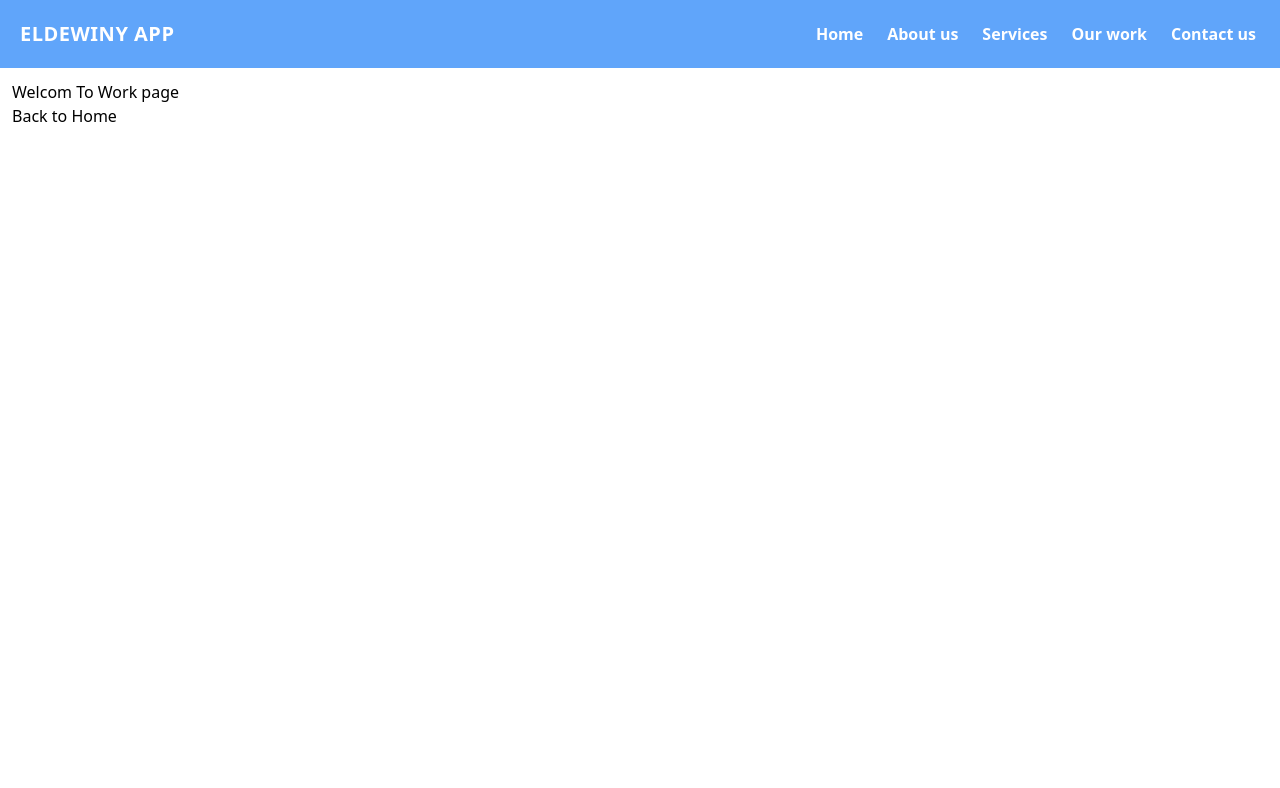
Repository: amroeldewiny/nextjs-layout
Page: /work
An editor plug-in stored every save of this project. The page is shown before and after the next save, followed by the edit.
The browser window is 1280 px wide. The pictures show the whole page.
The project was rebuilt for these pictures with package versions that can differ from the ones it lists, and the page was loaded fresh each time. The framework's server and built-in components were replaced by stand-ins that run in the browser. Also part of the build but not shown: next.config.js.

Above is the page before, as saved 2021-01-22 14:07:02.

### pages/work.js
import Link from 'next/link'
import Layout from '../components/Layout'

function Work() {
    return (
        <Layout>
            <h1>Welcom To Work page</h1>
            <Link href="/"><a>Back to Home</a></Link>

        </Layout>
    )

}

export default Work

### components/Layout.js
import Navbar from './Navbar';
import "../styles/sass/style.scss";

const Layout = props => (
    <>
        <Navbar />
        <main className='bg-white h-screen p-3'>
            {props.children}
        </main>
    </>
);

export default Layout;

### components/Navbar.js
/*  ./components/Navbar.jsx     */
import Link from 'next/link';
import { useState } from 'react';
import "../styles/sass/style.scss";

const Navbar = () => {
    const [active, setActive] = useState(false);

    const handleClick = () => {
        setActive(!active);
    };

    return (
        <>
            <nav className='flex items-center flex-wrap bg-blue-400 p-3 '>
                <Link href='/'>
                    <a className='inline-flex items-center p-2 mr-4 '>
                        <span className='text-xl text-white font-bold uppercase tracking-wide'>
                            Eldewiny App
                        </span>
                    </a>
                </Link>
                <button
                    className=' inline-flex p-3 hover:bg-blue-500 rounded lg:hidden text-white ml-auto hover:text-white outline-none'
                    onClick={handleClick}>
                    <svg
                        className='w-6 h-6'
                        fill='none'
                        stroke='currentColor'
                        viewBox='0 0 24 24'
                        xmlns='http://www.w3.org/2000/svg'
                    >
                        <path
                            strokeLinecap='round'
                            strokeLinejoin='round'
                            strokeWidth={2}
                            d='M4 6h16M4 12h16M4 18h16'
                        />
                    </svg>
                </button>
                {/*Note that in this div we will use a ternary operator to decide whether or not to display the content of the div  */}
                <div
                    className={`${active ? '' : 'hidden'
                        }   w-full lg:inline-flex lg:flex-grow lg:w-auto`}>
                    <div className='lg:inline-flex lg:flex-row lg:ml-auto lg:w-auto w-full lg:items-center items-start  flex flex-col lg:h-auto'>
                        <Link href='/'>
                            <a className='lg:inline-flex lg:w-auto w-full px-3 py-2 rounded text-white font-bold items-center justify-center hover:bg-blue-500 hover:text-white '>
                                Home
                            </a>
                        </Link>
                        <Link href='/about'>
                            <a className='lg:inline-flex lg:w-auto w-full px-3 py-2 rounded text-white font-bold items-center justify-center hover:bg-blue-500 hover:text-white'>
                                About us
                            </a>
                        </Link>
                        <Link href='/services'>
                            <a className='lg:inline-flex lg:w-auto w-full px-3 py-2 rounded text-white font-bold items-center justify-center hover:bg-blue-500 hover:text-white'>
                                Services
                            </a>
                        </Link>
                        <Link href='/work'>
                            <a className='lg:inline-flex lg:w-auto w-full px-3 py-2 rounded text-white font-bold items-center justify-center hover:bg-blue-500 hover:text-white'>
                                Our work
                            </a>
                        </Link>
                        <Link href='/contact'>
                            <a className='lg:inline-flex lg:w-auto w-full px-3 py-2 rounded text-white font-bold items-center justify-center hover:bg-blue-500 hover:text-white'>
                                Contact us
                            </a>
                        </Link>
                    </div>
                </div>
            </nav>
        </>
    );
};

export default Navbar;

### styles/sass/style.scss
@import "tailwindcss/base";
@import "tailwindcss/components";
@import "tailwindcss/utilities";

### tailwind.config.js
// tailwind.config.js
module.exports = {
    theme: {},
    variants: {},
    plugins: [],
}

Loaded but not shown: pages/_app.js (common file); styles/globals.scss (common file)

After the next save:
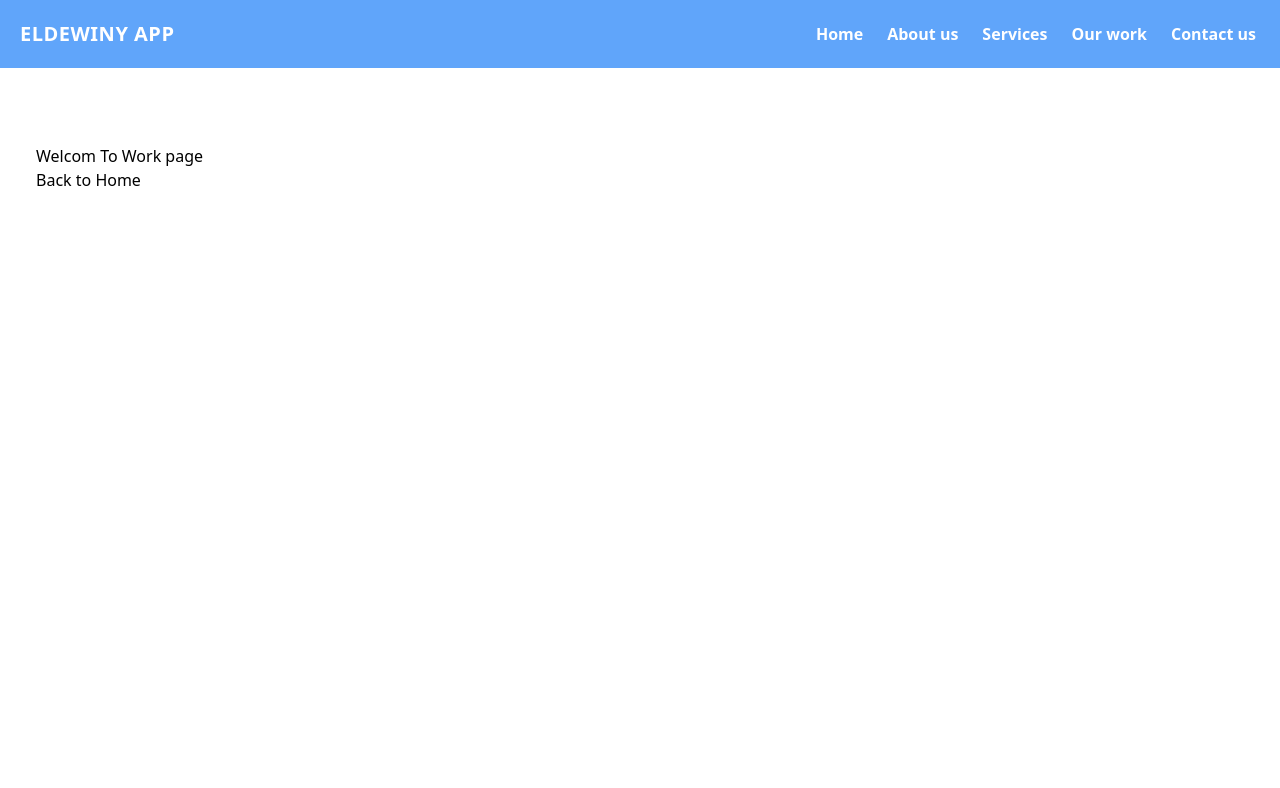
Saved 16 s later.
--- a/components/Layout.js
+++ b/components/Layout.js
@@ -5,7 +5,9 @@
     <>
         <Navbar />
         <main className='bg-white h-screen p-3'>
-            {props.children}
+            <div class="container mx-auto pt-24 md:pt-16 px-6">
+                {props.children}
+            </div>
         </main>
     </>
 );
